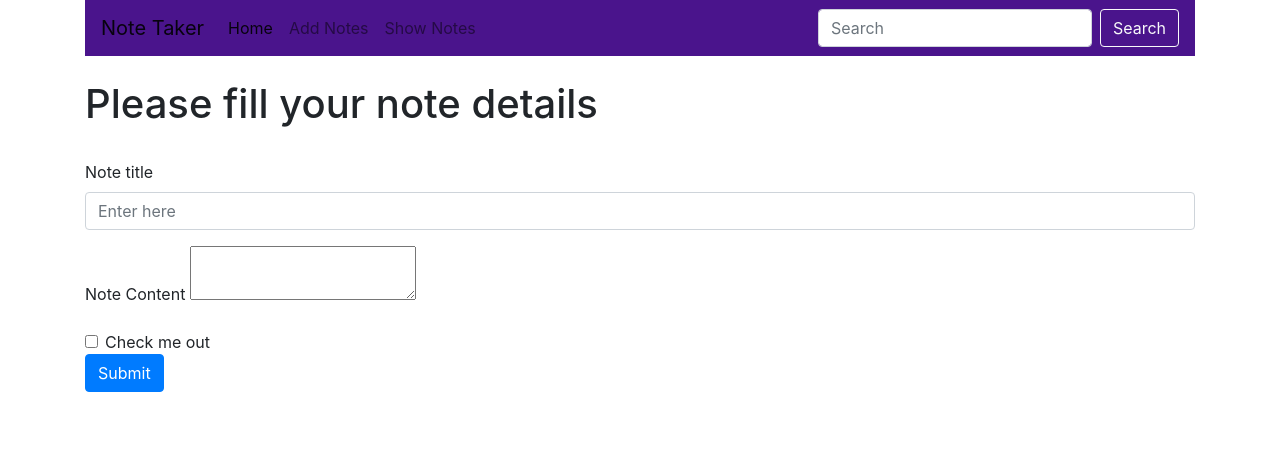
Repository: nayanchy123456/TODO-Project
Page: http://localhost/NoteTaker/add_notes.jsp
The author's editor kept a copy of each file at every save. The page is drawn from the files as they stood at one save, then again after the next save.
The browser window is 1280 px wide. The pictures show the whole page.
Some web libraries are served in a nearby version. The page is served by Tomcat 10. Other server files are loaded and not shown.

Above is the page before, as saved 2024-09-03 11:02:02.

### TODO webApplication/NoteTaker/src/main/webapp/add_notes.jsp
<!doctype html>
<html lang="en">
  <head>
    <!-- Required meta tags -->
    <meta charset="utf-8">
    <meta name="viewport" content="width=device-width, initial-scale=1, shrink-to-fit=no">


    <title>Add Notes</title>
    <%@include file = "all_js_css.jsp" %>
  </head>
  <body>
   <div class = "container">
    	<%@include file = "navbar.jsp" %>

    	<br>
    	<h1>Please fill your note details</h1>
    	<br>

    	<!-- this is add form  -->
    	<form action ="SaveNoteServlet" method = "post">
  <div class="form-group">
    <label for="title">Note title</label>
    <input type="text" class="form-control" id="title" aria-describedby="emailHelp" placeholder="Enter here">

  </div>

  <div class="form-group">
    <label for="content">Note Content</label>
    <textarea id="content" placeholder ="Enter your content here!!"> </textarea>

  </div>
  <div class="form-check">
    <input type="checkbox" class="form-check-input" id="exampleCheck1">
    <label class="form-check-label" for="exampleCheck1">Check me out</label>
  </div>
  <button type="submit" class="btn btn-primary">Submit</button>
</form>

    </div>







  </body>
</html>

### TODO webApplication/NoteTaker/src/main/webapp/all_js_css.jsp
<!-- Bootstrap CSS -->
    <link rel="stylesheet" href="https://cdn.jsdelivr.net/npm/bootstrap@4.0.0/dist/css/bootstrap.min.css" integrity="sha384-Gn5384xqQ1aoWXA+058RXPxPg6fy4IWvTNh0E263XmFcJlSAwiGgFAW/dAiS6JXm" crossorigin="anonymous">

	<link href="css/style.css" rel="stylesheet">



    <!-- Optional JavaScript -->
    <!-- jQuery first, then Popper.js, then Bootstrap JS -->
    <script src="https://code.jquery.com/jquery-3.2.1.slim.min.js" integrity="sha384-KJ3o2DKtIkvYIK3UENzmM7KCkRr/rE9/Qpg6aAZGJwFDMVNA/GpGFF93hXpG5KkN" crossorigin="anonymous"></script>
    <script src="https://cdn.jsdelivr.net/npm/popper.js@1.12.9/dist/umd/popper.min.js" integrity="sha384-ApNbgh9B+Y1QKtv3Rn7W3mgPxhU9K/ScQsAP7hUibX39j7fakFPskvXusvfa0b4Q" crossorigin="anonymous"></script>
    <script src="https://cdn.jsdelivr.net/npm/bootstrap@4.0.0/dist/js/bootstrap.min.js" integrity="sha384-JZR6Spejh4U02d8jOt6vLEHfe/JQGiRRSQQxSfFWpi1MquVdAyjUar5+76PVCmYl" crossorigin="anonymous"></script>

### TODO webApplication/NoteTaker/src/main/webapp/navbar.jsp
<nav class="navbar navbar-expand-lg navbar-light purple">
  <a class="navbar-brand" href="index.jsp">Note Taker</a>
  <button class="navbar-toggler" type="button" data-toggle="collapse" data-target="#navbarSupportedContent" aria-controls="navbarSupportedContent" aria-expanded="false" aria-label="Toggle navigation">
    <span class="navbar-toggler-icon"></span>
  </button>

  <div class="collapse navbar-collapse" id="navbarSupportedContent">
    <ul class="navbar-nav mr-auto">
      <li class="nav-item active">
        <a class="nav-link" href="index.jsp">Home <span class="sr-only">(current)</span></a>
      </li>
      <li class="nav-item">
        <a class="nav-link" href="add_notes.jsp">Add Notes</a>
      </li>

      <li class="nav-item">
        <a class="nav-link " href="#">Show Notes</a>
      </li>
    </ul>
    <form class="form-inline my-2 my-lg-0">
      <input class="form-control mr-sm-2" type="search" placeholder="Search" aria-label="Search">
      <button class="btn btn-outline-light my-2 my-sm-0" type="submit">Search</button>
    </form>
  </div>
</nav>

### TODO webApplication/NoteTaker/src/main/webapp/css/style.css
.purple{

	background: #4A148C;
}

After the next save:
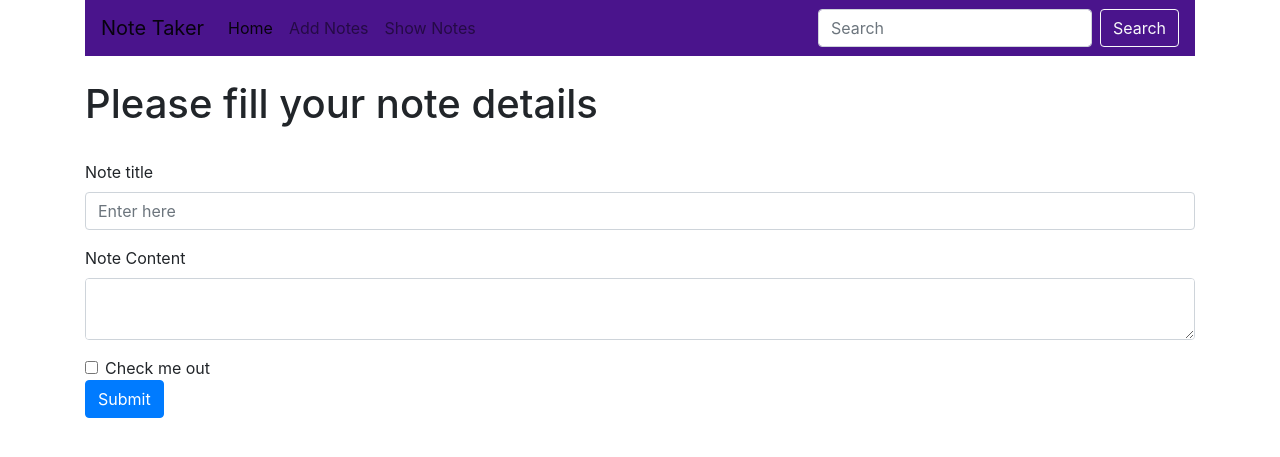
Saved 24 s later.
--- a/TODO webApplication/NoteTaker/src/main/webapp/add_notes.jsp
+++ b/TODO webApplication/NoteTaker/src/main/webapp/add_notes.jsp
@@ -27,7 +27,11 @@
 
   <div class="form-group">
     <label for="content">Note Content</label>
-    <textarea id="content" placeholder ="Enter your content here!!"> </textarea>
+    <textarea id="content" placeholder ="Enter your content here!!"  class = "form-control">
+
+
+    </textarea>
+
 
   </div>
   <div class="form-check">
